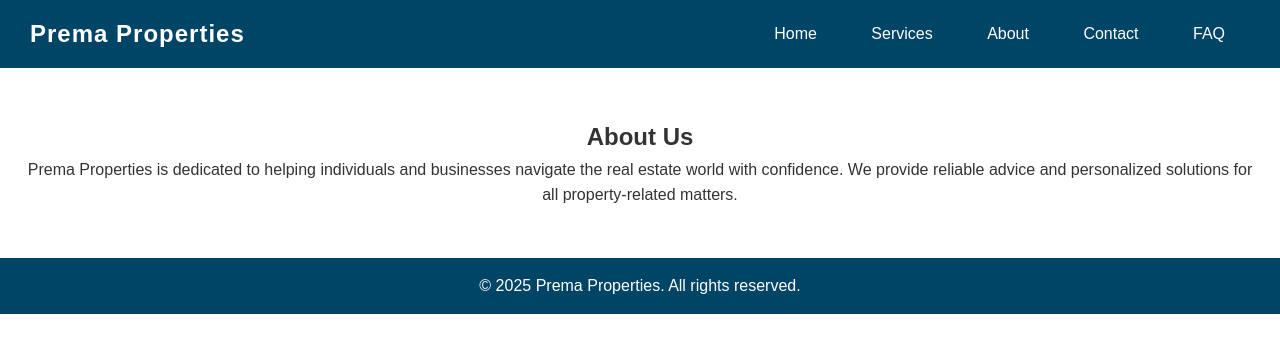
Repository: mnqobiMenzi/Prema-Properties
Page: about-us.html
These files come from the project's save history. The page is drawn as it stood at one moment and after the next save; the edit follows.
The browser window is 1280 px wide. The pictures show the whole page.

Above is the page before, as saved 2025-10-04 08:47:57.

### about-us.html
<!DOCTYPE html>
<html lang="en">
<head>
  <meta charset="UTF-8">
  <meta name="viewport" content="width=device-width, initial-scale=1.0">
  <title>Prema Properties</title>
  <link rel="stylesheet" href="CSS/style.css">
</head>
<body>

  <!-- Header / Navigation -->
  <header>
    <div class="logo">Prema Properties</div>
    <nav>
      <a href="index.html">Home</a>
      <a href="services.html">Services</a>
      <a href="#about">About</a>
      <a href="contact-us.html">Contact</a>
      <a href="FAQ.html">FAQ</a>
    </nav>
  </header>


  <!-- About Section -->
  <section id="about" class="about">
    <h2>About Us</h2>
    <p>Prema Properties is dedicated to helping individuals and businesses navigate the real estate world with confidence. We provide reliable advice and personalized solutions for all property-related matters.</p>
  </section>

  <!-- Footer -->
  <footer>
    <p>© 2025 Prema Properties. All rights reserved.</p>
  </footer>

</body>
</html>

### CSS/style.css
* {
  margin: 0;
  padding: 0;
  box-sizing: border-box;
  font-family: Arial, sans-serif;
}

body {
  line-height: 1.6;
  color: #333;
}

/* Header */
header {
  position: sticky;
  top: 0;
  display: flex;
  justify-content: space-between;
  align-items: center;
  padding: 15px 30px;
  background: #004466;
  color: #fff;
  z-index: 1000;
}
header .logo {
  font-size: 1.5em;
  font-weight: 700;
  font-family: 'Poppins', sans-serif;
  color: #fff;
  letter-spacing: 1px;
  display: flex;
  align-items: center;
}
header nav a {
  margin: 0 10px;
  color: #fff;
  padding: 8px 15px;
  border-radius: 5px;
  text-decoration: none;
  font-weight: 500;
  font-family: 'Poppins', sans-serif;
  transition: color 0.3s ease, border-bottom 0.3s ease;
}

header nav a:hover {
  color: #fff;
  background: rgba(128, 128, 128, 0.3);
  /* border-bottom: 2px solid #ffcc00; */
  padding-bottom: 3px;
}
/* Active link */
header nav a.active {
  /* background: #ffcc00;
  font-weight: bold;
  border-bottom: 2px solid #004466; */
  background: red;
}
/* Hero */
.hero {
  background: url('https://source.unsplash.com/1600x600/?house,property') no-repeat center center/cover;
  color: white;
  text-align: center;
  padding: 100px 20px;
}
.hero h1 {
  font-size: 2.5em;
}
.hero .btn {
  display: inline-block;
  margin-top: 20px;
  padding: 10px 20px;
  background: #ff6600;
  color: white;
  border-radius: 5px;
  text-decoration: none;
}
.hero .btn:hover {
  background: #cc5200;
}

/* Sections */
section {
  padding: 50px 20px;
  text-align: center;
}
.services .service-list {
  display: grid;
  grid-template-columns: repeat(auto-fit, minmax(200px, 1fr));
  gap: 20px;
  margin-top: 20px;
}
.service {
  background: #f4f4f4;
  padding: 20px;
  border-radius: 10px;
}

/* Contact */
.contact form {
  display: flex;
  flex-direction: column;
  max-width: 400px;
  margin: auto;
}
.contact input, .contact textarea {
  margin-bottom: 15px;
  padding: 10px;
  border: 1px solid #ddd;
  border-radius: 5px;
}
.contact button {
  padding: 10px;
  border: none;
  background: #004466;
  color: white;
  cursor: pointer;
  border-radius: 5px;
}
.contact button:hover {
  background: #00334d;
}

/* Footer */
footer {
  background: #004466;
  color: #fff;
  text-align: center;
  padding: 15px;
}

After the next save:
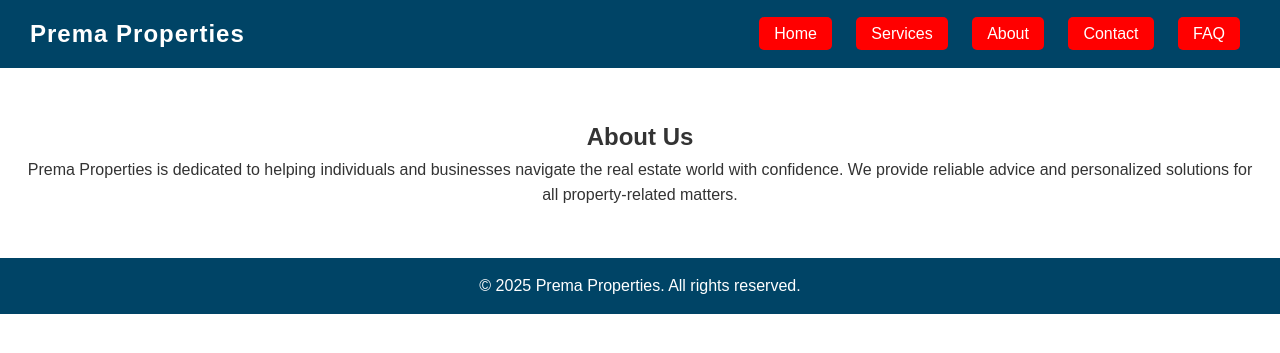
Saved 11 s later.
--- a/about-us.html
+++ b/about-us.html
@@ -12,11 +12,11 @@
   <header>
     <div class="logo">Prema Properties</div>
     <nav>
-      <a href="index.html">Home</a>
-      <a href="services.html">Services</a>
-      <a href="#about">About</a>
-      <a href="contact-us.html">Contact</a>
-      <a href="FAQ.html">FAQ</a>
+      <a href="index.html" class="active">Home</a>
+      <a href="services.html" class="active">Services</a>
+      <a href="#about" class="active">About</a>
+      <a href="contact-us.html" class="active">Contact</a>
+      <a href="FAQ.html" class="active">FAQ</a>
     </nav>
   </header>
 
